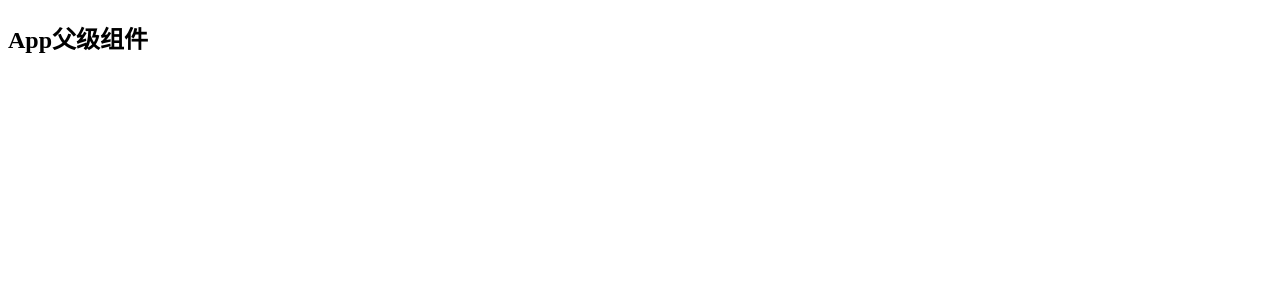
Repository: zhuhongxiang/Vue3.0-TSLeaning
Page: / (app in 04_Vue3/vue3_learning/)
The author's editor kept a copy of each file at every save. The page is drawn from the files as they stood at one save, then again after the next save.
The browser window is 1280 px wide. The pictures show the whole page.
The project was rebuilt for these pictures with package versions that can differ from the ones it lists, and the page was loaded fresh each time.

Above is the page before, as saved 2021-07-27 19:15:30.

After the next save:
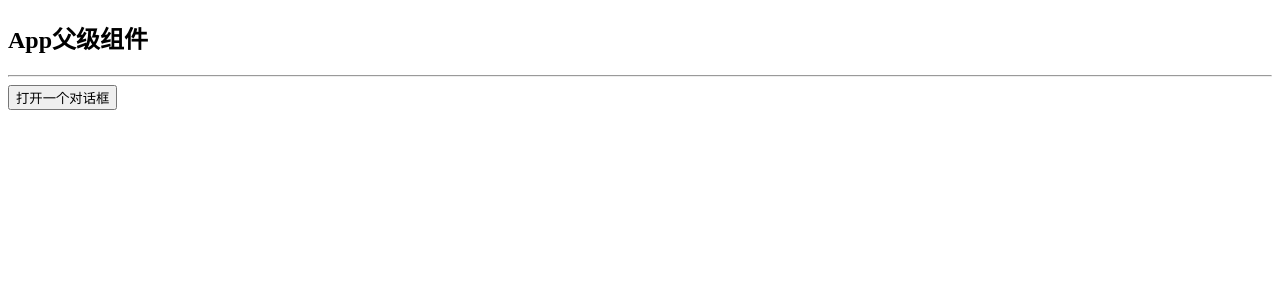
Saved 2 min 21 s later.
--- a/04_Vue3/vue3_learning/src/App.vue
+++ b/04_Vue3/vue3_learning/src/App.vue
@@ -1,13 +1,15 @@
 <template>
   <h2>App父级组件</h2>
+  <hr />
+  <ModalButton />
 </template>
-
 <script lang='ts'>
 import { defineComponent, reactive } from "vue";
+import ModalButton from "./ModalButton.vue";
 export default defineComponent({
   name: "App",
   props: {},
-  components: {},
+  components: { ModalButton },
   setup() {
     return {};
   },
